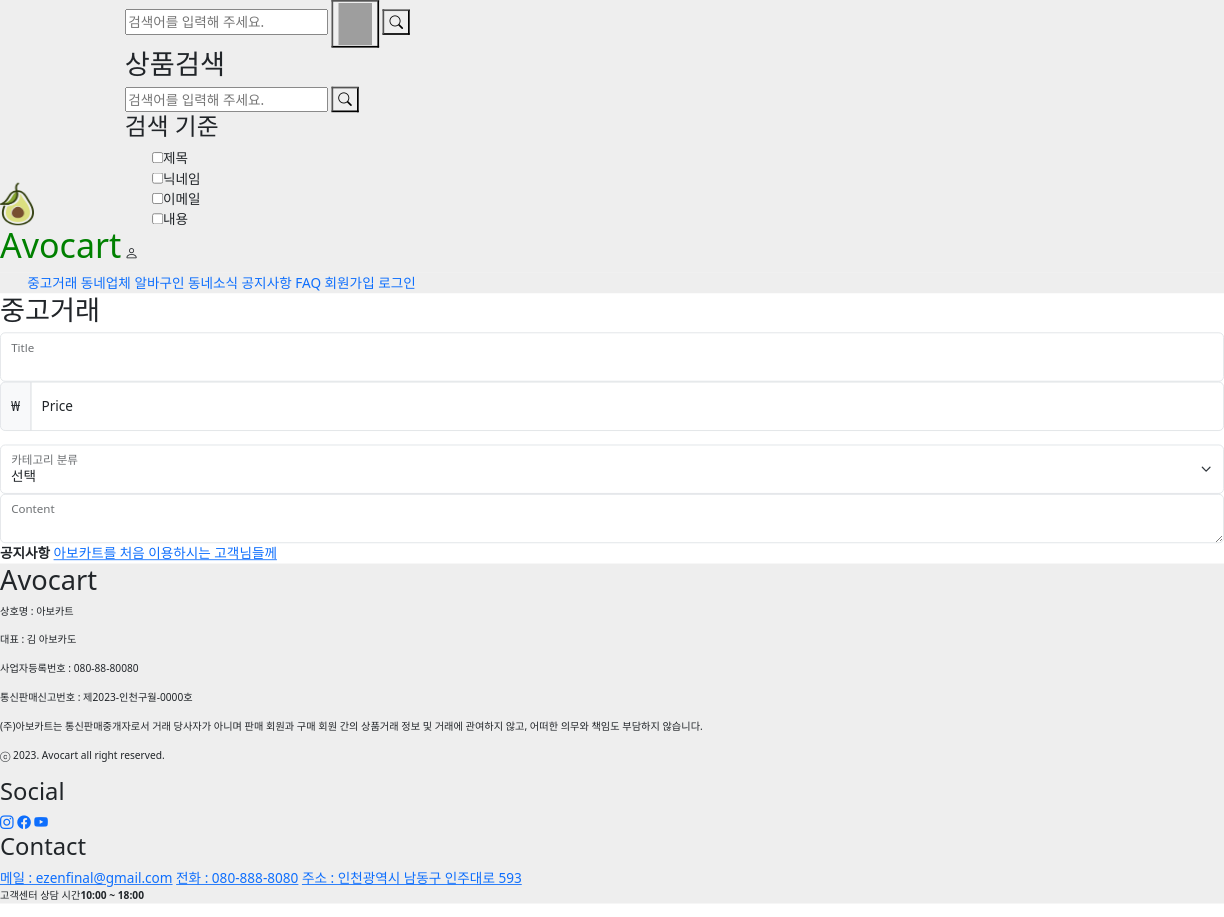
Repository: kimms0311/finalProject
Page: http://localhost/finalProject/WEB-INF/views/joongo/register.jsp
These files come from the project's save history. The page is drawn as it stood at one moment and after the next save; the edit follows.
The browser window is 1280 px wide. The page is 1440 px wide, so the pictures cover 1440 px, including what lies to the right of the window. The pictures show the whole page, at 85% of full size.
Pictures or frames that could not be fetched are drawn as grey boxes. The page is served by Tomcat 9. Nobody is signed in. Other server files are loaded and not shown. The template is opened directly, without the code that normally fills it, so the values that code supplies are empty.

Above is the page before, as saved 2023-11-15 12:45:59.

### finalProject/src/main/webapp/WEB-INF/views/joongo/register.jsp
<%@ page language="java" contentType="text/html; charset=UTF-8"
    pageEncoding="UTF-8"%>
<!DOCTYPE html>
<html>
<head>
<meta charset="UTF-8">
<title>Insert title here</title>
</head>
<body>
<jsp:include page="../common/header.jsp" />
<div class="bodyContainer">
<h2> 중고거래 </h2>
<form action="/joongo/register" method="post">
	<input type="hidden" name="proEmail" value="joongoEmail@email">
	<input type="hidden" name="proNickName" value="joongoJY">
	<input type="hidden" name="proCategory" value="joongo">
	<div class="form-floating">
		<input type="text" class="form-control" id="title" name="proTitle">
		<label for="title">Title</label>
	</div>
	<div class="input-group mb-3">
	  <span class="input-group-text">&#8361;</span>
	  <div class="form-floating">
	    <input type="text" class="form-control" id="price" name="proPrice" placeholder="price">
	    <label for="price">Price</label>
	  </div>
	</div>
	<div class="form-floating">
      <select class="form-select" id="menu">
        <option selected>선택</option>
        <option value="여성의류">여성의류</option>
        <option value="남성의류">남성의류</option>
        <option value="신발">신발</option>
        <option value="가구">가구</option>
        <option value="잡화">잡화</option>
      </select>
      <label for="menu">카테고리 분류</label>
    </div>
	<div class="form-floating">
		<textarea class="form-control" id="content" name="proContent"></textarea>
		<label for="content">Content</label>
	</div>
</form>
</div>
<jsp:include page="../common/footer.jsp" />
</body>
</html>

### finalProject/src/main/webapp/WEB-INF/views/common/header.jsp
<%@ page language="java" contentType="text/html; charset=UTF-8"
    pageEncoding="UTF-8"%>
<%@ taglib uri="http://java.sun.com/jsp/jstl/core" prefix="c"%>
<%@ taglib uri="http://www.springframework.org/security/tags" prefix="sec" %>
<!DOCTYPE html>
<html>
<head>
<meta charset="UTF-8">
<title>Insert title here</title>
<link rel="stylesheet" href="../resources/css/page.css">
<link href="https://cdn.jsdelivr.net/npm/bootstrap@5.3.1/dist/css/bootstrap.min.css" rel="stylesheet" integrity="sha384-4bw+/aepP/YC94hEpVNVgiZdgIC5+VKNBQNGCHeKRQN+PtmoHDEXuppvnDJzQIu9" crossorigin="anonymous">
<script src="https://cdn.jsdelivr.net/npm/bootstrap@5.3.1/dist/js/bootstrap.bundle.min.js" integrity="sha384-HwwvtgBNo3bZJJLYd8oVXjrBZt8cqVSpeBNS5n7C8IVInixGAoxmnlMuBnhbgrkm" crossorigin="anonymous"></script>
<link rel="stylesheet" href="https://cdn.jsdelivr.net/npm/bootstrap-icons@1.10.5/font/bootstrap-icons.css">
</head>
<body>

<div class="headerContainer">
   <header>
      <div class="logoSec">
         <img alt="logo" src="../resources/image/avocartLogo.png">
         <h1><a href="/">Avocart</a></h1>
      </div>
      <div class="searchSec">
         <form action="/common/search" method="post">
            <input type="search" id="searchInput" placeholder="검색어를 입력해 주세요.">
            <button type="button"><img width="24" height="24" src="https://img.icons8.com/plumpy/24/macos-close.png" alt="macos-close"/></button>
            <button type="button" class="openMenu">
               <i class="bi bi-search"></i>
            </button>
            <div class="searchMenu off">
               <h2>상품검색</h2>
               <input type="search" id="keyword" name="keyword" placeholder="검색어를 입력해 주세요.">
               <button type="submit">
                  <i class="bi bi-search"></i>
               </button>
               <h3>검색 기준</h3>
               <ul>
                  <li><input type="checkbox" name="srcCondit" id="ck_title" value="title"><label for="ck_title">제목</label></li>
                  <li><input type="checkbox" name="srcCondit" id="ck_nickname" value="nickname"><label for="ck_nickname">닉네임</label></li>
                  <li><input type="checkbox" name="srcCondit" id="ck_email" value="email"><label for="ck_email">이메일</label></li>
                  <li><input type="checkbox" name="srcCondit" id="ck_content" value="content"><label for="ck_content">내용</label></li>
               </ul>
               <!-- <h3>게시판 선택</h3>
               <ul>
                  <li><input type="checkbox" name="srcCondit" id="title" value="title"><label for="title">제목</label></li>
                  <li><input type="checkbox" name="srcCondit" id="nickname" value="nickname"><label for="nickname">닉네임</label></li>
                  <li><input type="checkbox" name="srcCondit" id="email" value="email"><label for="email">이메일</label></li>
                  <li><input type="checkbox" name="srcCondit" id="content" value="content"><label for="content">내용</label></li>
               </ul> -->
               <!-- <button type="button" id="checkCondit">확인</button> -->
            </div>
         </form>
         <i id="my" class="bi bi-person"></i>
         <!-- 로그인 후 오픈되어야 할 메뉴 -->
         <sec:authorize access="isAuthenticated()">
           <sec:authentication property="principal.mvo.memEmail" var="authEmail" />
            <div id="myMenu" class="off">
               <ul>
                  <li><a href="/hmember/detail?memEmail=${authEmail }">마이페이지</a></li>
                  <li><a href="#" id="logoutLink">로그아웃</a></li>
                  <form action="/member/logout" method="post" id="logoutForm">
                       <input type="hidden" name="memEmail" value="${authEmail }">
                  </form>
               </ul>
            </div>
         </sec:authorize>
      </div>
   </header>
   <nav>
      <ul>
         <li><a href="/joongo/list">중고거래</a></li>
         <li><a href="/store/list">동네업체</a></li>
         <li><a href="/job/list">알바구인</a></li>
         <li><a href="/community/list">동네소식</a></li>
         <li><a href="#">공지사항</a></li>
         <li><a href="#">FAQ</a></li>

           <!-- 로그인 전 오픈되어야 할 메뉴 -->
         <sec:authorize access="isAnonymous()">
            <li><a href="/member/register">회원가입</a></li>
            <li><a href="/member/login">로그인</a></li>
         </sec:authorize>
      </ul>
   </nav>
</div>

<script type="text/javascript" src="/resources/js/header.js"></script>
</body>
</html>

### finalProject/src/main/webapp/WEB-INF/views/common/footer.jsp
<%@ page language="java" contentType="text/html; charset=UTF-8"
    pageEncoding="UTF-8"%>
<!DOCTYPE html>
<html>
<head>
<meta charset="UTF-8">
<title>Insert title here</title>
</head>
<body>
<footer>
	<section class="infoSec">
		<div>
			<b>공지사항</b>
			<a href="#">아보카트를 처음 이용하시는 고객님들께</a>
		</div>
	</section>
	<div class="footerContainer">
		<div class="mainSec">
			<h2>Avocart</h2>
			<p>상호명 : 아보카트</p>
			<p>대표 : 김 아보카도</p>
			<p>사업자등록번호 : 080-88-80080</p>
			<p>통신판매신고번호 : 제2023-인천구월-0000호</p>
			<p>(주)아보카트는 통신판매중개자로서 거래 당사자가 아니며 판매 회원과 구매 회원 간의 상품거래 정보 및 거래에 관여하지 않고, 어떠한 의무와 책임도 부담하지 않습니다.</p>
			<p>ⓒ 2023. Avocart all right reserved.</p>
		</div>
		<div class="socialSec">
			<h3>Social</h3>
			<a href="#"><i class="bi bi-instagram"></i></a>
			<a href="#"><i class="bi bi-facebook"></i></a>
			<a href="#"><i class="bi bi-youtube"></i></a>
		</div>
		<div class="contactSec">
			<h3>Contact</h3>
			<a href="mailto:ezenFinal@gmail.com">메일 : ezenfinal@gmail.com</a>
			<a href="tel:080-888-8080">전화 : 080-888-8080</a>
			<a href="https://kko.to/k2pByw0PdA" target="_blank">주소 : 인천광역시 남동구 인주대로 593</a>
			<p>고객센터 상담 시간<b>10:00 ~ 18:00</b></p>
		</div>
	</div>
</footer>
</body>
</html>

### finalProject/src/main/webapp/resources/css/page.css
@import url("reset.css");
@import url("global.css");

### finalProject/src/main/webapp/resources/css/global.css
.headerContainer{
}
header{
	width: 1440px;
	margin: 0 auto;
	background-color: #eeeeee;
}
header>*{
	display: inline-block;
}
header img{
	width: 40px;
	height: 50px;
}
header h1 a{
	text-decoration: none;
	color: green;
}
nav{
	width: 1440px;
	margin: 0 auto;
	background-color: #eeeeee;

}
nav ul{
	display: inline;
}
nav ul li{
	display: inline-block;
}
nav ul li a{
	text-decoration: none;

}


.bodyContainer{
	margin: 0 auto;
	width: 1440px;
}

footer .footerContainer{
	margin: 0 auto;
	width: 1440px;
	background-color: #eeeeee;

}

footer{
}
footer p{
	display: block;
	font-size: 12px;
}

Loaded but not shown: finalProject/src/main/webapp/resources/css/reset.css (common file); finalProject/src/main/webapp/resources/js/header.js (no copy from this time; the picture is the same without it)

After the next save:
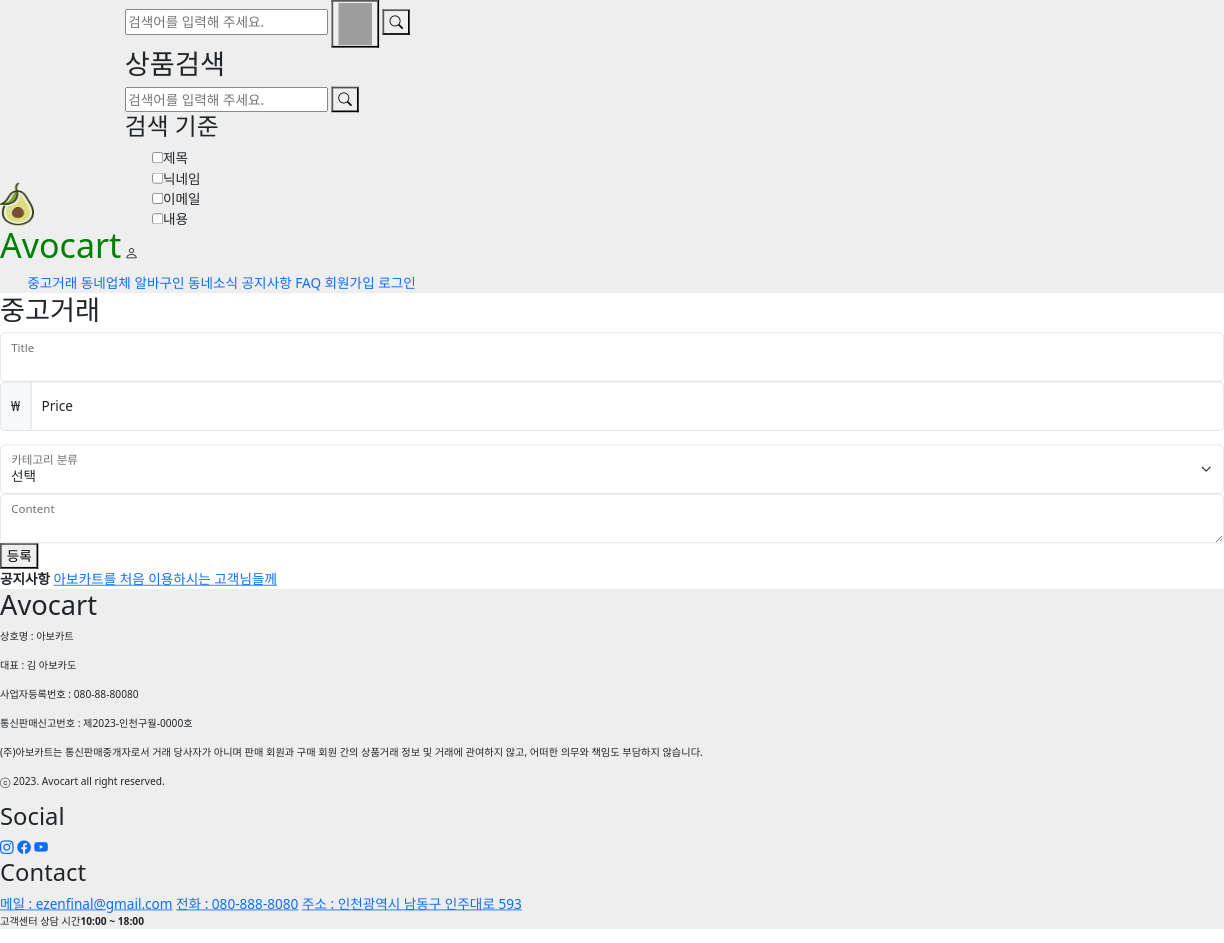
Saved 29 s later.
--- a/finalProject/src/main/webapp/WEB-INF/views/joongo/register.jsp
+++ b/finalProject/src/main/webapp/WEB-INF/views/joongo/register.jsp
@@ -40,6 +40,7 @@
 		<textarea class="form-control" id="content" name="proContent"></textarea>
 		<label for="content">Content</label>
 	</div>
+	<button type="submit">등록</button>
 </form>
 </div>
 <jsp:include page="../common/footer.jsp" />
